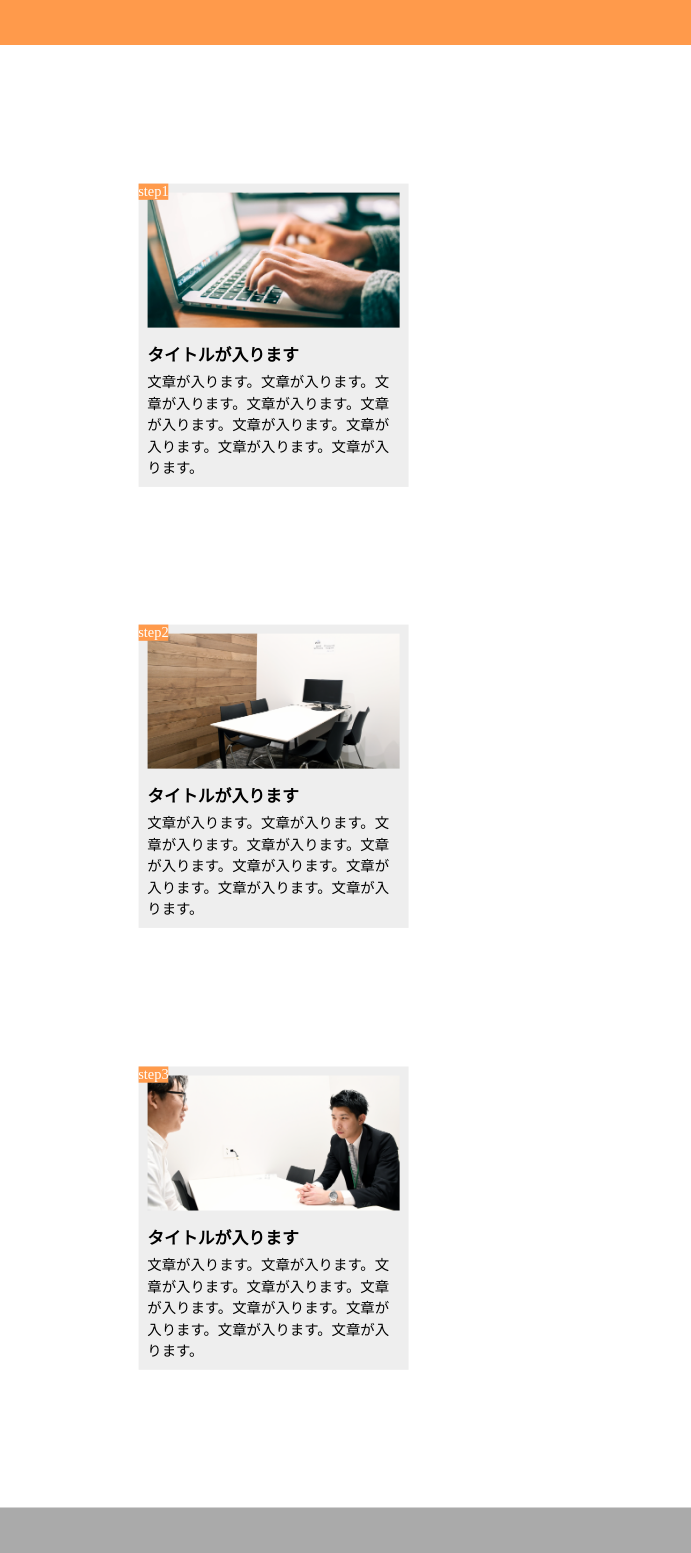
Repository: TK7MU/-
Page: theme/theme.html
The author's editor kept a record of every edit. The page is drawn from the files as they stood at one moment, then again after the next edit.
The browser window is 768 px wide. The pictures show the whole page, at 90% of full size.

Above is the page before.

### theme/theme.html
<!DOCTYPE html>
<html lang="ja">
 <head>
    <meta charset="UTF-8">
    <meta name="viewport" content="width=device-width,initial-scale=1.0">
    <title>9章演習</title>
    <link rel="stylesheet" href="style.css">
  </head>
<header></header>
<main>
 <div class="step-box">
 <div class="step-img1"></div>
 <span class="step-num">step1</span>
 <h3 class="title">タイトルが入ります</h3>
 <p class="text">
 文章が入ります。文章が入ります。文章が入ります。文章が入ります。文章が入ります。文章が入ります。文章が入ります。文章が入ります。文章が入ります。
 </p>
 </div>

 <div class="step-box">
 <div class="step-img2"></div>
 <span class="step-num">step2</span>
 <h3 class="title">タイトルが入ります</h3>
 <p class="text">
  文章が入ります。文章が入ります。文章が入ります。文章が入ります。文章が入ります。文章が入ります。文章が入ります。文章が入ります。文章が入ります。
 </p>
 </div>

 <div class="step-box">
 <div class="step-img3"></div>
 <span class="step-num">step3</span>
 <h3 class="title">タイトルが入ります</h3>
 <p class="text">
 文章が入ります。文章が入ります。文章が入ります。文章が入ります。文章が入ります。文章が入ります。文章が入ります。文章が入ります。文章が入ります。
 </p>
 </div>
  </main>
    <footer></footer>
</html>

### theme/style.css
* {
  box-sizing: border-box;
  margin: 0;
  padding: 0;
}

header {
  height: 50px;
  background-color: #ff9a4b;
}

main {
  width: 960px;
  margin: 50px auto;
  display: flex;
}

.step-box {
  width: 300px;
  margin-right: 30px;
  padding: 10px;
  position: relative;
  background-color: #eee;
}

.step-box:last-child {
  margin-right: 0;
}

.step-img1 {
  height: 150px;
  background-image: url(img/flow01.png);
  background-position: bottom;
  background-size: cover;
}

.step-img2 {
  height: 150px;
  background-image: url(img/flow02.png);
  background-position: bottom;
  background-size: cover;
}

.step-img3 {
  height: 150px;
  background-image: url(img/flow03.png);
  background-position: bottom;
  background-size: cover;
}

.step-num {
  position: absolute;
  top: 0;
  left: 0;
  background-color: #ff9a4b;
  color: #fff;
}

.title {
  margin: 15px 0 5px;
}

footer {
  height: 50px;
  background-color: #aaa;
}

@media screen and (max-width: 768px) {
  header {
    width: 100%;
  }

@media screen and (max-width: 768px) {
  main {
    width: 100%;
    display: block;
  }

@media screen and (max-width: 768px) {
  .step-box {
    margin: 20%;
  }
@media screen and (max-width: 768px) {
  .step-image1 {
    width: 90%;
    height: 150px;
  }
@media screen and (max-width: 768px) {
  .step-image2 {
    width: 90%;
    height: 150px;
  }
@media screen and (max-width: 768px) {
  .step-image3 {
    width: 90%;
    height: 150px;
  }
@media screen and (max-width: 768px) {
  .title {
     margin: 15px 0 5px;
  }
@media screen and (max-width: 768px) {
  .pagination {
    margin-bottom: 50px;
  }

After the next edit:
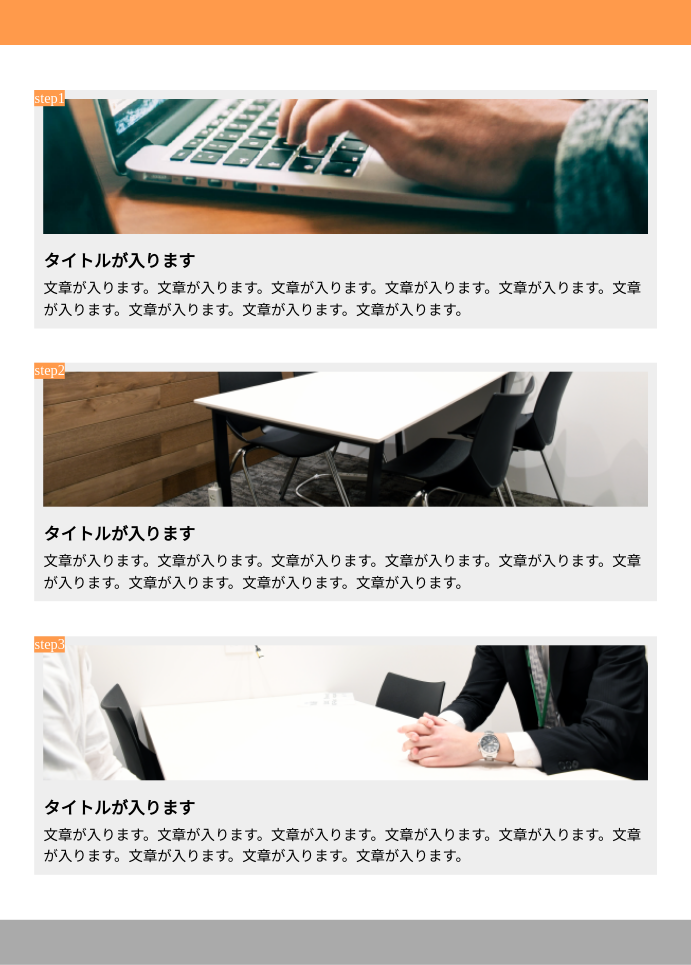
The edit:
--- a/theme/style.css
+++ b/theme/style.css
@@ -78,7 +78,8 @@
 
 @media screen and (max-width: 768px) {
   .step-box {
-    margin: 20%;
+    width: 90%;
+    margin: 5%;
   }
 @media screen and (max-width: 768px) {
   .step-image1 {
